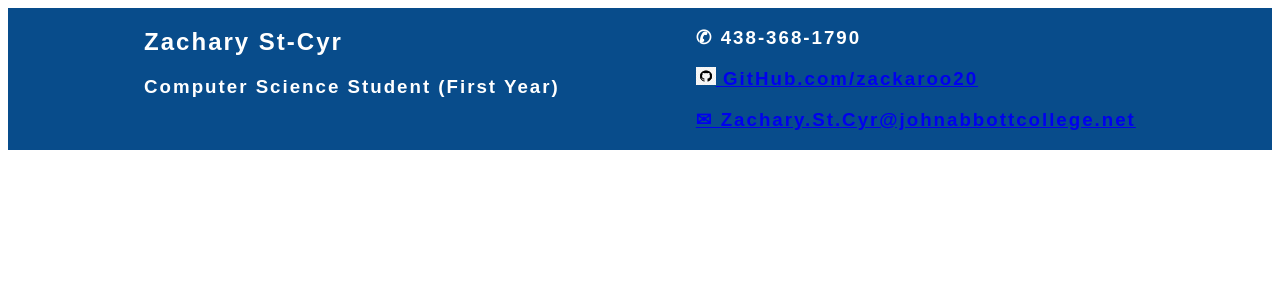
Repository: zackaroo20/zackaroo20
Page: index.html
The author's editor kept a copy of each file at every save. The page is drawn from the files as they stood at one save, then again after the next save.
The browser window is 1280 px wide. The pictures show the whole page.

Above is the page before, as saved 2026-05-12 12:39:53.

### index.html
<!doctype html>
<html lang="en">
  <head>
    <meta charset="UTF-8" />
    <meta name="viewport" content="width=device-width, initial-scale=1.0" />
    <title>Document</title>
    <link rel="stylesheet" href="./styles/index.css" />
  </head>
  <header>
        <section>
            <h1>Zachary St-Cyr  </h1> <h3>Computer Science Student (First Year)</h3>
        </section>
        <aside>
            <h3> ✆ 438-368-1790</h3>
            <h3><a href="https://github.com/zackaroo20"><img src="/assets/specs/GHicon.png  " alt="git hub logo"> GitHub.com/zackaroo20</a></h3>
            <h3><a href="emailto:tomjerrysc@gmail.com"><p class = longemail>✉ Zachary.St.Cyr@johnabbottcollege.net</p></a></h3>



        </aside>

    </header>
  <body>
    <!-- TODO -->
  </body>
</html>

### styles/index.css
@page {
  size: A4;
  margin: 1cm;
}

header {
  font-family: Arial, Helvetica, sans-serif;
  letter-spacing: 2px;
  background-color: #084c8b;
  color: white;
  display: flex;
  justify-content: space-evenly;
}
img {
  background-color: transparent;
  width: 20px;
  height: 18px;
}

After the next save:
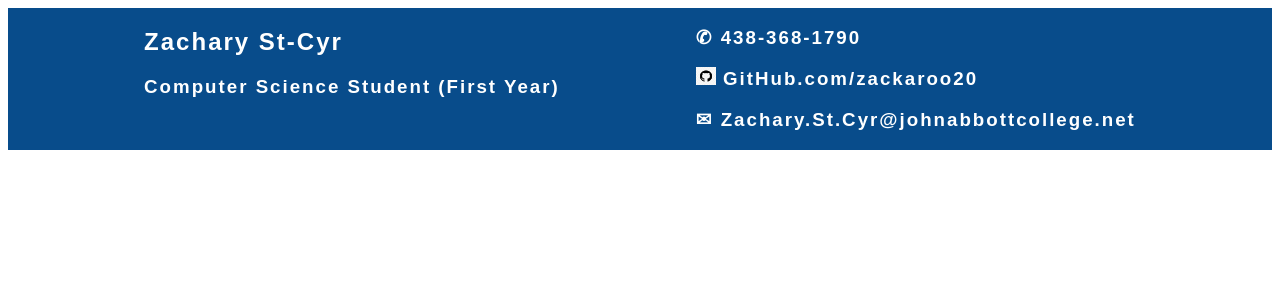
Saved 111 s later.
--- a/styles/index.css
+++ b/styles/index.css
@@ -16,3 +16,7 @@ img {
   width: 20px;
   height: 18px;
 }
+h3 a {
+  text-decoration: none;
+  color: inherit;
+}
